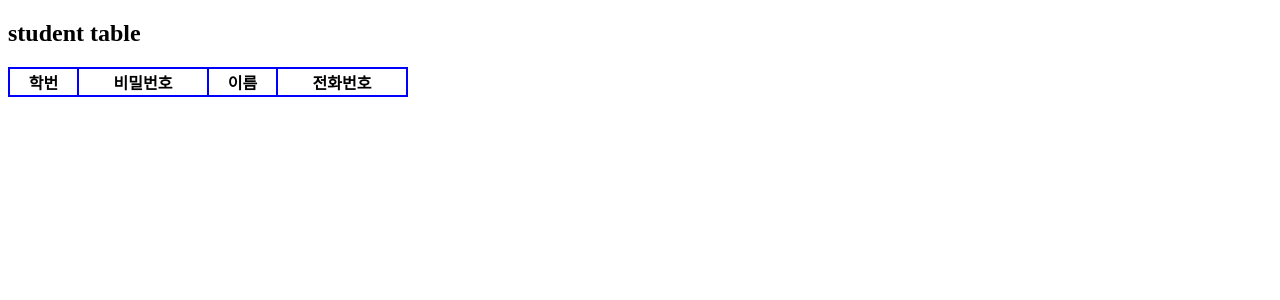
Repository: jiyun1615/bit_java_webProgramming
Page: http://localhost/mvc1_Student/list.jsp
These files come from the project's save history. The page is drawn as it stood at one moment and after the next save; the edit follows.
The browser window is 1280 px wide. The pictures show the whole page.
The page is served by Tomcat 9. Queries for data that is not in the repository find no rows.

Above is the page before, as saved 2022-01-25 02:30:18.

After the next save:
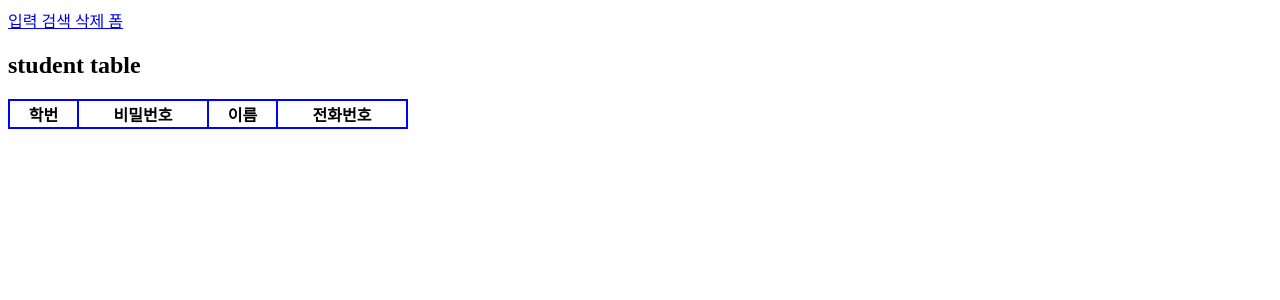
Saved 3 min 41 s later.
--- a/0125/mvc1_Student/src/main/webapp/list.jsp
+++ b/0125/mvc1_Student/src/main/webapp/list.jsp
@@ -20,6 +20,9 @@
 	String upw = "1234";
 	String sql = "select * from student";
 	ResultSet rs=null;%>
+
+	<a href = "student_2.jsp">입력 검색 삭제 폼</a>
+
 	<table width=400 border=1 cellspacing=0 bordercolor=blue>
 		<tr>
 			<th>학번</th>
